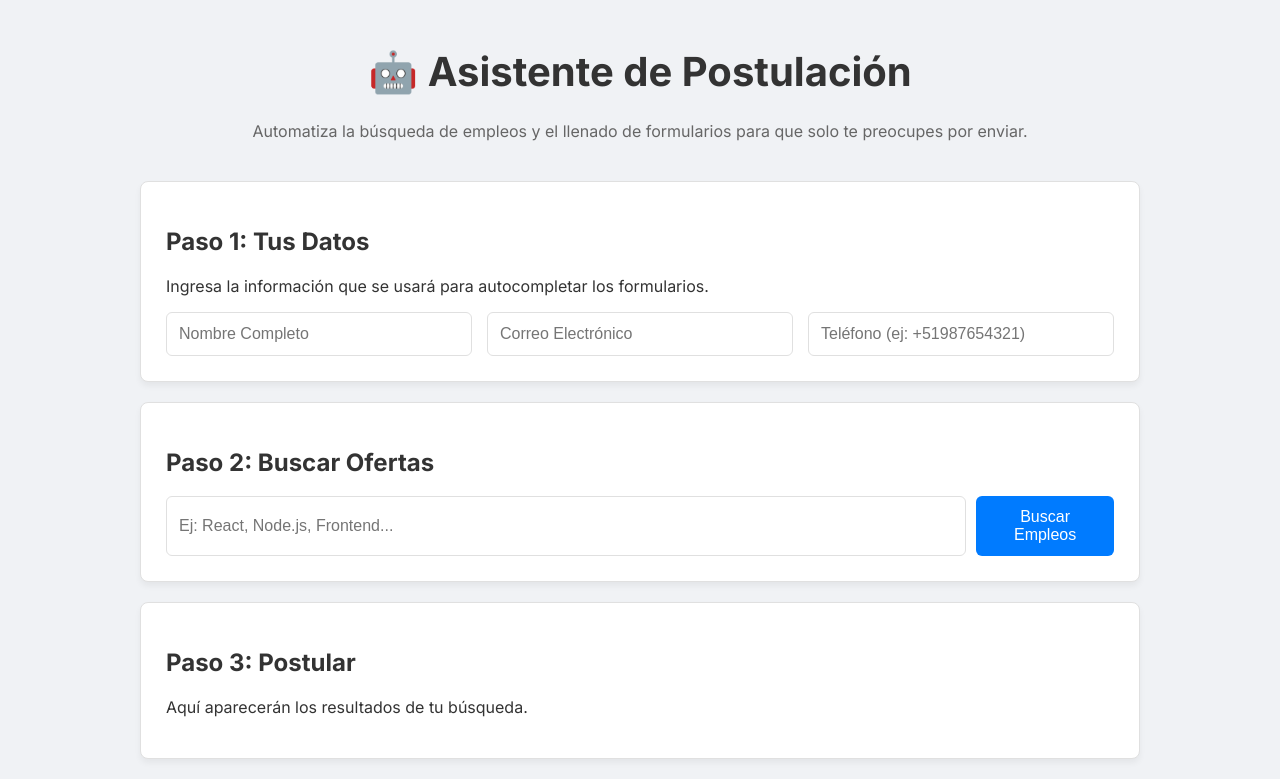
Repository: roberto3101/JobHunter
Page: index.html
An editor plug-in stored every save of this project. The page is shown before and after the next save, followed by the edit.
The browser window is 1280 px wide. The pictures show the whole page.

Above is the page before, as saved 2025-09-14 14:09:11.

### index.html
<!DOCTYPE html>
<html>
<head>
    <meta charset="UTF-8">
    <title>Asistente de Postulación de Empleo</title>
    <meta http-equiv="Content-Security-Policy" content="script-src 'self' 'unsafe-inline';"/>
    <link rel="stylesheet" href="style.css">
</head>
<body>
    <div class="container">
        <h1>🤖 Asistente de Postulación</h1>
        <p>Automatiza la búsqueda de empleos y el llenado de formularios para que solo te preocupes por enviar.</p>

        <div class="card" id="configuracion">
            <h2>Paso 1: Tus Datos</h2>
            <p>Ingresa la información que se usará para autocompletar los formularios.</p>
            <div class="form-grid">
                <input type="text" id="nombre" placeholder="Nombre Completo">
                <input type="email" id="email" placeholder="Correo Electrónico">
                <input type="tel" id="telefono" placeholder="Teléfono (ej: +51987654321)">
            </div>
        </div>

        <div class="card" id="busqueda">
            <h2>Paso 2: Buscar Ofertas</h2>
            <div class="search-container">
                <input type="text" id="palabras-clave" placeholder="Ej: React, Node.js, Frontend...">
                <button id="btn-buscar">Buscar Empleos</button>
            </div>
        </div>

        <div class="card" id="resultados">
            <h2>Paso 3: Postular</h2>
            <div id="loader" class="hidden">Buscando... ⏳</div>
            <div id="lista-ofertas">
                <p>Aquí aparecerán los resultados de tu búsqueda.</p>
            </div>
        </div>
    </div>
    <script src="./renderer.js"></script>
</body>
</html>

### style.css
/* style.css */
@import url('https://fonts.googleapis.com/css2?family=Inter:wght@400;500;700&display=swap');

:root {
    --bg-color: #f0f2f5;
    --card-bg: #ffffff;
    --text-color: #333;
    --primary-color: #007bff;
    --primary-hover: #0056b3;
    --border-color: #e0e0e0;
}

body {
    font-family: 'Inter', sans-serif;
    background-color: var(--bg-color);
    color: var(--text-color);
    margin: 0;
    padding: 20px;
    -webkit-font-smoothing: antialiased;
}

.container {
    max-width: 1000px;
    margin: 0 auto;
    display: flex;
    flex-direction: column;
    gap: 20px;
}

h1, h2 {
    color: var(--text-color);
}

h1 {
    text-align: center;
    font-size: 2.5em;
    margin-bottom: 0;
}

h1 + p {
    text-align: center;
    margin-top: 5px;
    margin-bottom: 20px;
    color: #666;
}

.card {
    background-color: var(--card-bg);
    border-radius: 8px;
    padding: 25px;
    box-shadow: 0 4px 6px rgba(0, 0, 0, 0.05);
    border: 1px solid var(--border-color);
}

.form-grid {
    display: grid;
    grid-template-columns: repeat(auto-fit, minmax(250px, 1fr));
    gap: 15px;
}

input[type="text"], input[type="email"], input[type="tel"] {
    width: 100%;
    padding: 12px;
    border: 1px solid var(--border-color);
    border-radius: 6px;
    font-size: 1rem;
    box-sizing: border-box;
}

.search-container {
    display: flex;
    gap: 10px;
}

#palabras-clave {
    flex-grow: 1;
}

button {
    background-color: var(--primary-color);
    color: white;
    border: none;
    padding: 12px 20px;
    border-radius: 6px;
    font-size: 1rem;
    font-weight: 500;
    cursor: pointer;
    transition: background-color 0.2s ease;
}

button:hover {
    background-color: var(--primary-hover);
}

.oferta {
    border: 1px solid var(--border-color);
    padding: 15px;
    border-radius: 6px;
    margin-bottom: 10px;
    display: flex;
    justify-content: space-between;
    align-items: center;
}

.oferta-info h3 {
    margin: 0 0 5px 0;
}

.oferta-info p {
    margin: 0;
    color: #555;
}

.btn-postular {
    background-color: #28a745;
}

.btn-postular:hover {
    background-color: #218838;
}

.hidden {
    display: none;
}

#loader {
    text-align: center;
    padding: 20px;
    font-size: 1.2rem;
}

### renderer.js
// renderer.js
document.addEventListener('DOMContentLoaded', () => {
    const btnBuscar = document.getElementById('btn-buscar');
    const palabrasClaveInput = document.getElementById('palabras-clave');
    const listaOfertasDiv = document.getElementById('lista-ofertas');
    const loader = document.getElementById('loader');

    btnBuscar.addEventListener('click', async () => {
        const palabrasClave = palabrasClaveInput.value;
        if (!palabrasClave) {
            alert('Por favor, ingresa al menos una palabra clave para buscar.');
            return;
        }

        // Mostrar loader y limpiar resultados anteriores
        loader.classList.remove('hidden');
        listaOfertasDiv.innerHTML = '';

        try {
            const ofertas = await window.electronAPI.buscarOfertas(palabrasClave);
            mostrarOfertas(ofertas);
        } catch (error) {
            listaOfertasDiv.innerHTML = `<p style="color: red;">Ocurrió un error durante la búsqueda.</p>`;
        } finally {
            loader.classList.add('hidden');
        }
    });

    function mostrarOfertas(ofertas) {
        if (ofertas.length === 0) {
            listaOfertasDiv.innerHTML = '<p>No se encontraron ofertas con esos criterios.</p>';
            return;
        }

        ofertas.forEach(oferta => {
            const ofertaElement = document.createElement('div');
            ofertaElement.className = 'oferta';
            ofertaElement.innerHTML = `
                <div class="oferta-info">
                    <h3>${oferta.titulo}</h3>
                    <p>${oferta.empresa}</p>
                </div>
                <button class="btn-postular" data-url="${oferta.url}">Autocompletar Postulación</button>
            `;
            listaOfertasDiv.appendChild(ofertaElement);
        });

        // Añadir event listeners a los nuevos botones
        document.querySelectorAll('.btn-postular').forEach(button => {
            button.addEventListener('click', handleAutocompletar);
        });
    }

    async function handleAutocompletar(event) {
        const url = event.target.getAttribute('data-url');
        const datosPersonales = {
            nombre: document.getElementById('nombre').value,
            email: document.getElementById('email').value,
            telefono: document.getElementById('telefono').value,
        };

        if (!datosPersonales.nombre || !datosPersonales.email) {
            alert('Por favor, completa tus datos personales (nombre y email) antes de continuar.');
            return;
        }

        alert('Se abrirá una nueva ventana del navegador para autocompletar el formulario. ¡No la cierres!');

        const resultado = await window.electronAPI.autocompletar({ url, datosPersonales });
        if (resultado.success) {
            console.log('Proceso de autocompletado iniciado.');
        } else {
            alert('Hubo un problema al iniciar el asistente. Revisa la consola para más detalles.');
        }
    }
});

After the next save:
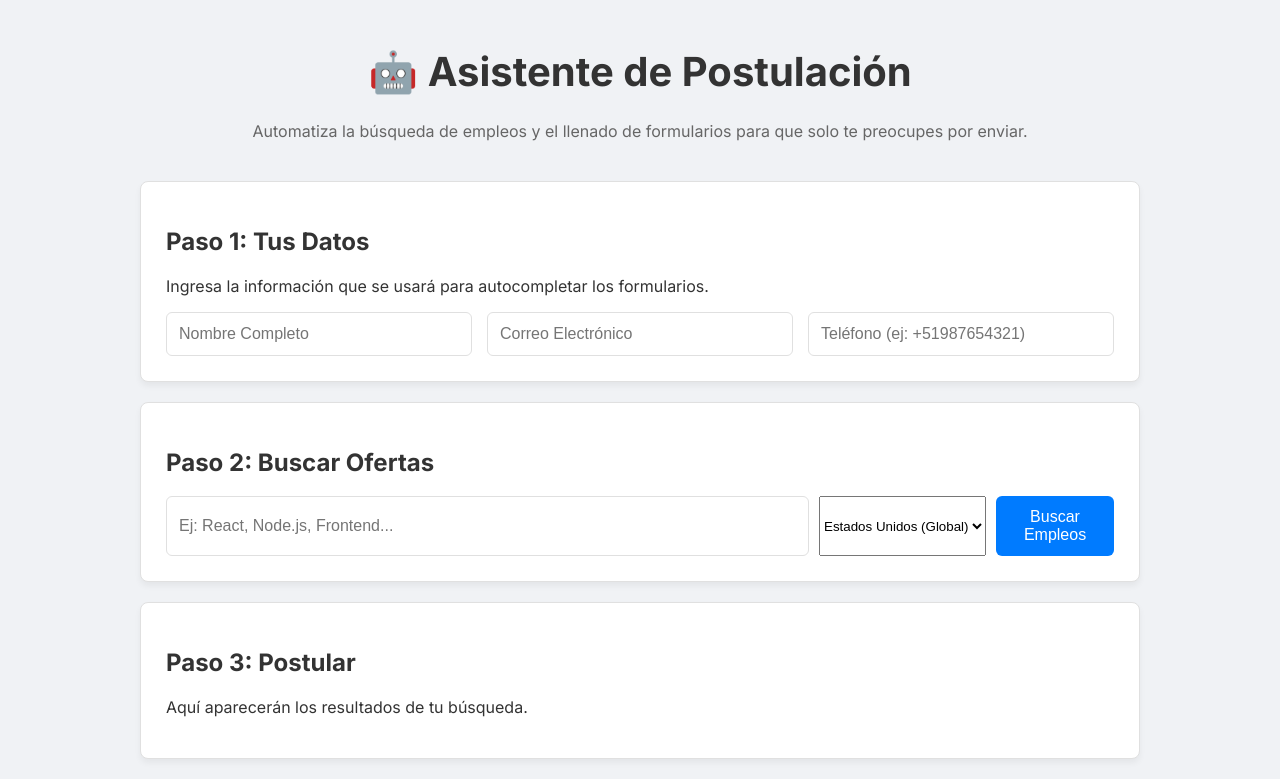
Saved 11 min 17 s later.
--- a/index.html
+++ b/index.html
@@ -24,7 +24,18 @@
         <div class="card" id="busqueda">
             <h2>Paso 2: Buscar Ofertas</h2>
             <div class="search-container">
-                <input type="text" id="palabras-clave" placeholder="Ej: React, Node.js, Frontend...">
+                <input type="text" id="palabras-clave" placeholder="Ej: React, Node.js, Frontend..." style="flex-grow: 3;">
+                <select id="pais-select">
+                    <option value="us" selected>Estados Unidos (Global)</option>
+                    <option value="pe">Perú (Local)</option>
+                    <option value="es">España</option>
+                    <option value="ca">Canadá</option>
+                    <option value="de">Alemania</option>
+                    <option value="gb">Reino Unido</option>
+                    <option value="mx">México</option>
+                    <option value="co">Colombia</option>
+                    <option value="cl">Chile</option>
+                </select>
                 <button id="btn-buscar">Buscar Empleos</button>
             </div>
         </div>
